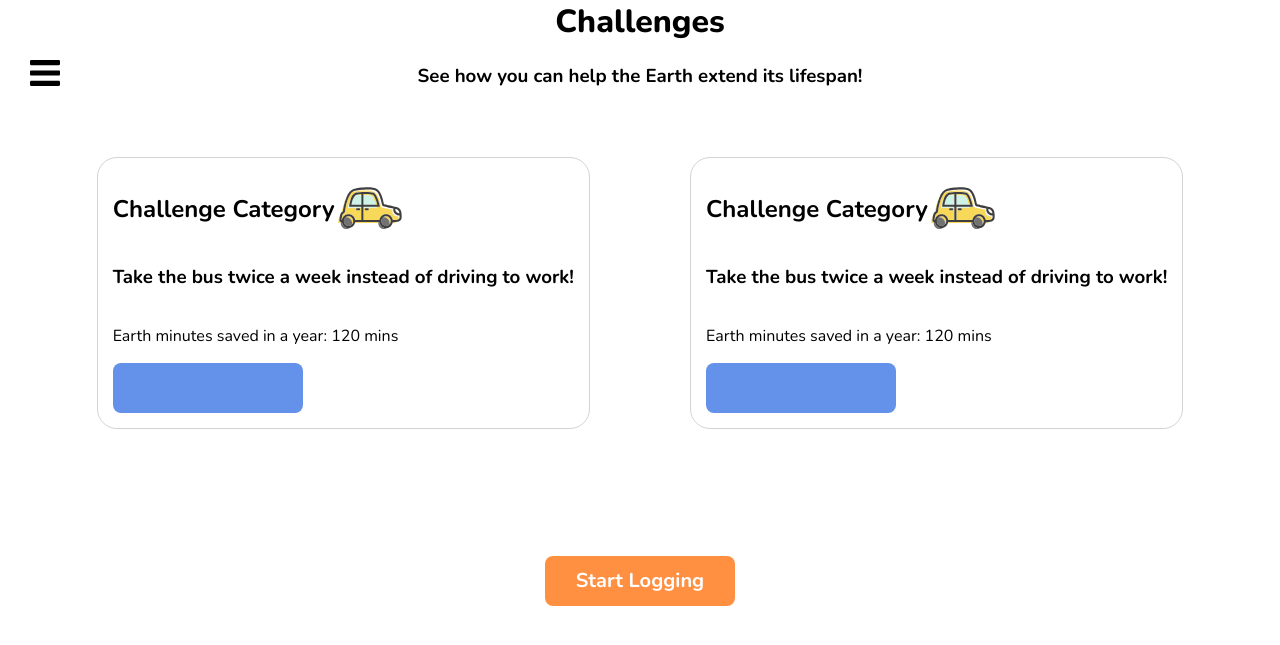
Repository: cho196/Timearth
Page: /challenges
The author's editor kept a copy of each file at every save. The page is drawn from the files as they stood at one save, then again after the next save.
The browser window is 1280 px wide. The pictures show the whole page.
The project was rebuilt for these pictures with package versions that can differ from the ones it lists, and the page was loaded fresh each time. The framework's server and built-in components were replaced by stand-ins that run in the browser. Also part of the build but not shown: next.config.js.

Above is the page before, as saved 2022-04-12 22:02:13.

### pages/challenges.js
import ChallengeCont from "../comps/Challenge_cont";
import Layout from "../comps/Layout/page"

export default function Challenges() {
    return <div>
    <Layout></Layout>
    <h1>Challenges</h1>
        <h3>See how you can help the Earth
extend its lifespan!</h3>
        <div class="challenges">
        <ChallengeCont></ChallengeCont>
        <ChallengeCont></ChallengeCont>
        </div>
    </div>
}

### styles/globals.css
@import url('https://fonts.googleapis.com/css2?family=Nunito:wght@400;500;600;700;800&display=swap');

html,
body {
  padding: 0;
  margin: 0;
  font-family: 'Nunito', sans-serif;
  text-align: center;
}

a {
  color: inherit;
  text-decoration: none;
}

* {
  box-sizing: border-box;
}

h1 {
    font-weight: 800;
    font-size: 32px;
    line-height: 44px;
    width: 90%;
    margin:auto;
}

h4 {
    font-weight: 400;
    font-size: 18px;
    line-height: 25px;
    margin-top: 0;
    width: 90%;
}

button {
    font-family: 'Nunito', sans-serif;
    border: none;
    font-style: normal;
    cursor: pointer;
}

.logomark {
    width: 12em;
    height: 12em;
    margin-top: 2em;
}

.background-shape {
    position: absolute;
    bottom: 0;
    height: 30%;
    width: 100%;
    border-radius: 50% 50% 0 0;
    background-color: #6B97ED;
    z-index: -1;
}

.section-selection {
    display: flex;
    flex-wrap: wrap;
    justify-content: center;
}

/* challenges */
.challenges {
    display:flex;
    flex-wrap:wrap;
    justify-content: center;
}

.challenge-heading {
    display:flex;
    justify-content:right;
}



@media only screen and (max-width: 600px) and (max-height: 750px){
    .logomark {
        width: 10em;
        height: 10em;
        margin-top: 0.5em;
    }

    h1 {
        font-size: 24px;
    }

    h4 {
        font-size: 16px;
    }

}

### comps/Challenge_cont.js
import { useRouter } from "next/router";
import styled from 'styled-components';
import { cat1, cat2, cat3, cat4, cat5, cat6 } from "../data/intro_content";
import { SecondaryButton } from "./Button";


const Challenge_cont = styled.div`
border:1px solid lightgrey;
border-radius:20px;
display:flex;
flex-direction:column;
align-items:flex-start;
margin:50px;
padding:15px;
`

export function ChallengeHeading() {
    return <div class="challenge-heading">
       <h2>Challenge Category</h2>
        <img class="challenge-img" src={cat1.img} />
    </div>
}

export default function ChallengeCont() {
    return <Challenge_cont>
        <ChallengeHeading />
        <h3>Take the bus twice a week instead of driving to work!</h3>
        <p>Earth minutes saved in a year: 120 mins</p>
        <SecondaryButton></SecondaryButton>
    </Challenge_cont>
}

### comps/Layout/page.js
import { useRouter } from "next/router";
import styled from 'styled-components';
import Menu from "../Menu";
import { PrimaryButton } from '../Button'

const LayoutComp = styled.div`
    display: flex;
    flex-direction: column;
    justify-content: center;
    align-items: center;
`

export default function Layout() {

    return (
        <LayoutComp>
            <Menu />
            <PrimaryButton/>
        </LayoutComp>
    )
}

### data/intro_content.js
export const PageTitle ="Let’s Start!"

export const cat1 = {
    title: "Transportation",
    img: "/transportation.svg"
}

export const cat2 = {
    title: "Food",
    img: "/food.svg"
}

export const cat3 = {
    title: "Water",
    img: "/water.svg"
}

export const cat4 = {
    title: "Electricity",
    img: "/electricity.svg"
}

export const cat5 = {
    title: "Waste",
    img: "/waste.svg"
}

export const cat6 = {
    title: "Shopping",
    img: "/shopping.svg"
}

### comps/Button.js
import { BtnStyle, BtnText, TextBtnStyle } from "../data/index_content"
import { useRouter } from "next/router";
import styled from 'styled-components';

const Button = styled.button`
    background-color: ${props => BtnStyle[props.BtnStyle].bgcolor};
    color: ${props => BtnStyle[props.BtnStyle].txtcolor};
    font-weight: 700;
    font-size: 20px;
    line-height: 27px;
    border-radius: 8px;
    width: 190px;
    height: 50px;
    bottom: 15.88%;
    position: absolute;
`
const TextButton = styled.div`
    display: flex;
    position: absolute;
    font-style: normal;
    font-weight: 700;
    font-size: 18px;
    line-height: 25px;
    cursor: pointer;
    left: ${props => TextBtnStyle[props.TextBtnStyle].left};
    right: ${props => TextBtnStyle[props.TextBtnStyle].right};
    top: 45px;
    color: ${props => TextBtnStyle[props.TextBtnStyle].color}
`
const StartButton = styled.button`
    background-color: ${props => BtnStyle[props.BtnStyle].bgcolor};
    color: ${props => BtnStyle[props.BtnStyle].txtcolor};
    font-weight: 700;
    font-size: 20px;
    line-height: 27px;
    border-radius: 8px;
    width: 190px;
    height: 50px;
`

export function BackButton() {
    const r = useRouter();

    return <TextButton
        TextBtnStyle="back"
        onClick={
            () => {
                r.replace(
                    {
                        pathname: "/intro"
                    }
                )
            }
        }>
        <img src ="../chevronleft.svg"></img>
        {BtnText.back}
    </TextButton>
}

export function SkipButton() {
    // const r = useRouter();

    return <TextButton
        TextBtnStyle = "skip">
        {BtnText.skip}
    </TextButton>
}

export function CTAButton() {
    const r = useRouter();

    return <Button
        BtnStyle="white"
        onClick={
            () => {
                r.replace(
                    {
                        pathname: "/intro"
                    }
                )
            }
        }
    >{BtnText.index}
    </Button>
}

export function PrimaryButton() {
    const r = useRouter();
    return <Button
        BtnStyle="orange"
        onClick={
            () => {
                r.replace(
                    {
                        pathname: "/questions"
                    }
                )
            }
        }
    >{BtnText.intro}
    </Button>
}

export function NextButton() {
    const r = useRouter();

    return <Button
        BtnStyle="white"
        onClick={
            () => {
                r.replace(
                    {
                        pathname: "/intro"
                    }
                )
            }
        }
    >{BtnText.next}
    </Button>
}

export function SecondaryButton() {
    const r = useRouter();

    return <StartButton
        BtnStyle="blue"
        onClick={
            () => {
                r.replace(
                    {
                        pathname: "./"
                    }
                )
            }
        }
    >{BtnText.start}
    </StartButton>
}

### comps/Menu.js
import { useRouter } from "next/router";
import styled from 'styled-components';

const Hamburger = styled.img`
    position: absolute;
    width: 30px;
    height: 26px;
    left: 30px;
    top: 60px;
    cursor: pointer;
`

export default function Menu() {

    return <Hamburger
        src="/hamburger.svg"
        alt="Hamburger Menu"
        onClick={
            () => {

            }
        }
    />

}

### data/index_content.js
export const PageTitle = "It’s time to log your changes!";

export const TextBtnStyle = {
    back: {
        color: "#000000",
        left: "14px"

    },

    skip: {
        color: "#BFBFBF",
        right: "30px"
    }
}

export const BtnStyle = {
    blue: {
        bgcolor: "#6491E9",
        txtcolor: "#FFFFFF"
    },

    orange: {
        bgcolor: "#FF9042",
        txtcolor: "#FFFFFF"
    },

    white: {
        bgcolor: "#FFFFFF",
        txtcolor: "#000000"
    },

    inactive: {
        bgcolor: "#DADADA",
        txtcolor: "#FFFFFF"
    }
}

export const BtnText = {
    index: "Get Started",
    intro: "Start Logging",
    next: "Next",
    back: "Back",
    skip: "Skip"
}

Loaded but not shown: pages/_app.js (common file)

After the next save:
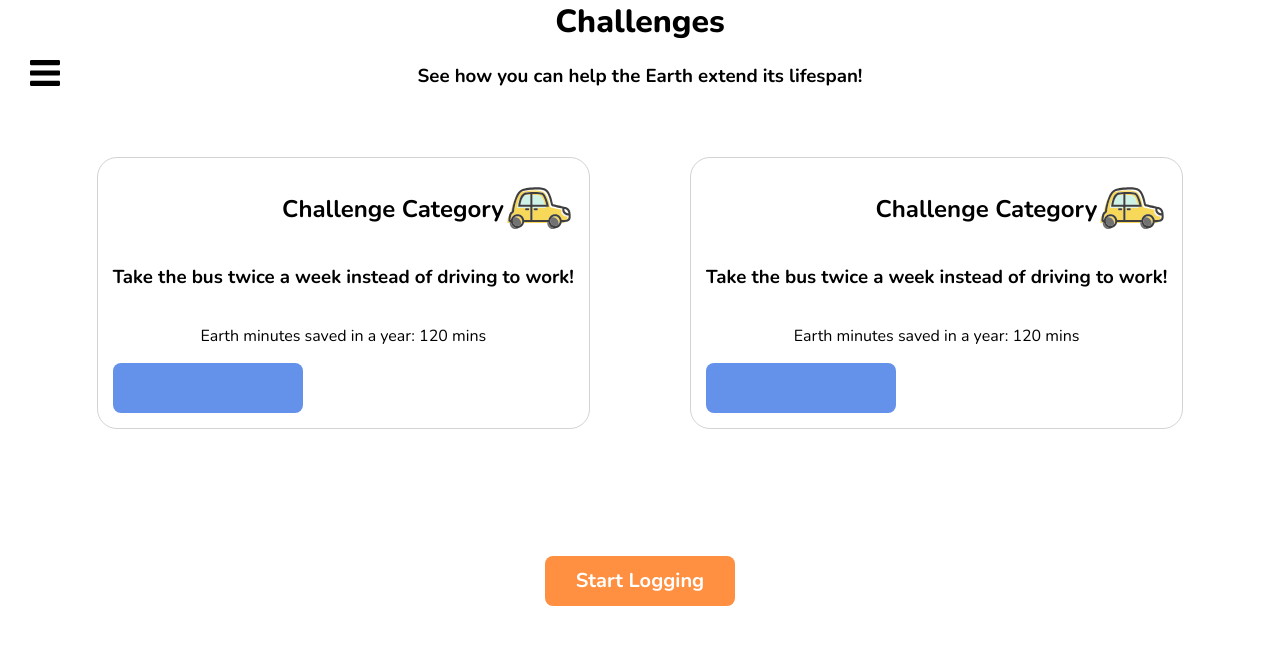
Saved 15 s later.
--- a/comps/Challenge_cont.js
+++ b/comps/Challenge_cont.js
@@ -9,7 +9,6 @@
 border-radius:20px;
 display:flex;
 flex-direction:column;
-align-items:flex-start;
 margin:50px;
 padding:15px;
 `

After the save that followed:
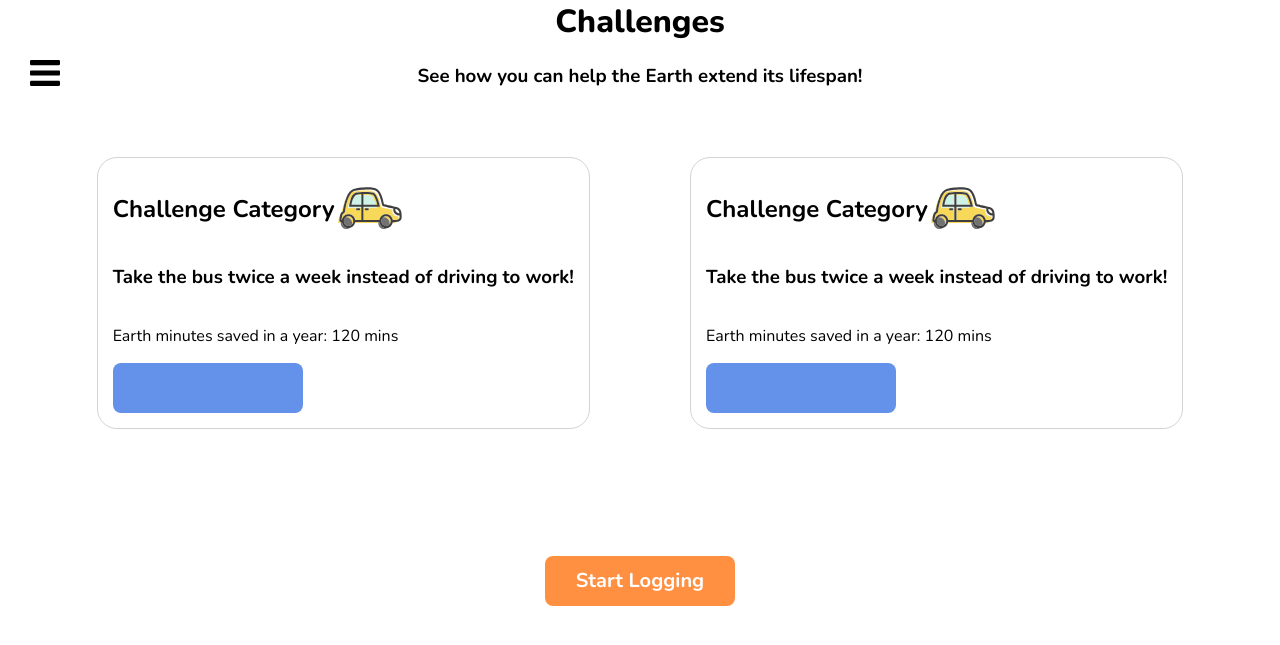
Saved 8 s later.
--- a/comps/Challenge_cont.js
+++ b/comps/Challenge_cont.js
@@ -9,6 +9,7 @@
 border-radius:20px;
 display:flex;
 flex-direction:column;
+align-items:flex-start;
 margin:50px;
 padding:15px;
 `
